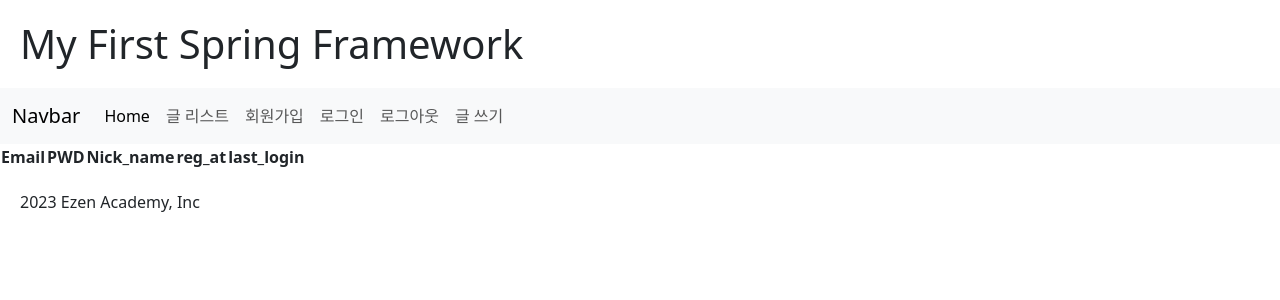
Repository: jinho0717/spring
Page: http://localhost/springProject/WEB-INF/views/member/list.jsp
An editor plug-in stored every save of this project. The page is shown before and after the next save, followed by the edit.
The browser window is 1280 px wide. The pictures show the whole page.
The page is served by Tomcat 9. Nobody is signed in. The template is opened directly, without the code that normally fills it, so the values that code supplies are empty.

Above is the page before, as saved 2023-10-31 06:49:59.

After the next save:
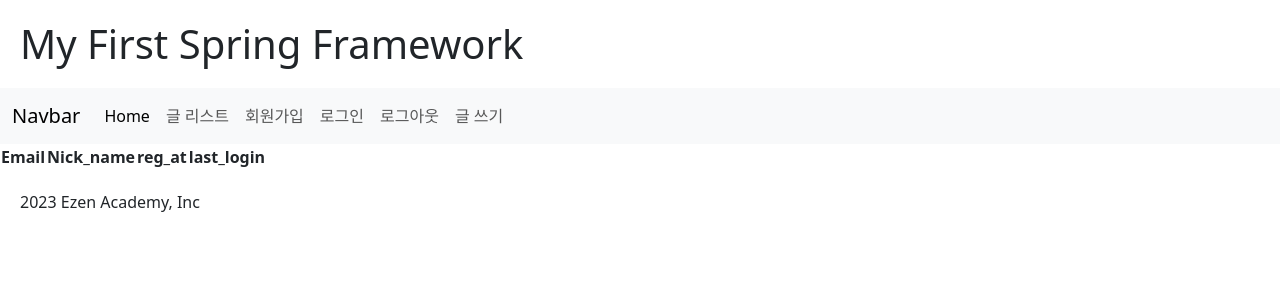
Saved 11 s later.
--- a/springProject/src/main/webapp/WEB-INF/views/member/list.jsp
+++ b/springProject/src/main/webapp/WEB-INF/views/member/list.jsp
@@ -13,7 +13,6 @@
 <table>
 	<tr>
 		<th>Email</th>
-		<th>PWD</th>
 		<th>Nick_name</th>
 		<th>reg_at</th>
 		<th>last_login</th>
@@ -24,7 +23,6 @@
 	<c:forEach items="${memList }" var="mvo">
 	<tr>
 		<th>${mvo.email }</th>
-
 		<th>${mvo.nickName }</th>
 		<th>${mvo.regAt }</th>
 		<th>${mvo.lastLogin }</th>
